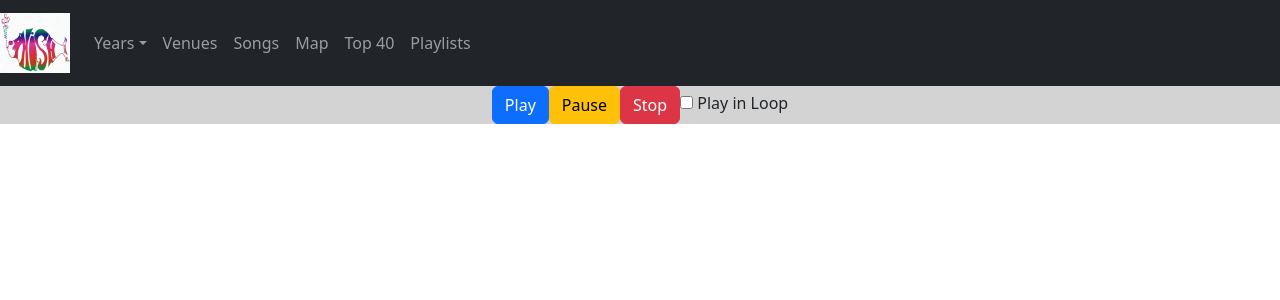
Repository: Jcparks84/gonePhishin
Page: / (app in my-app/)
An editor plug-in stored every save of this project. The page is shown before and after the next save, followed by the edit.
The browser window is 1280 px wide. The pictures show the whole page.
The page's requests for data from a server got no answer. The project was rebuilt for these pictures with package versions that can differ from the ones it lists, and the page was loaded fresh each time. No one was signed in, and anything a server would have sent is missing.

Above is the page before, as saved 2022-08-13 15:19:27.

After the next save:
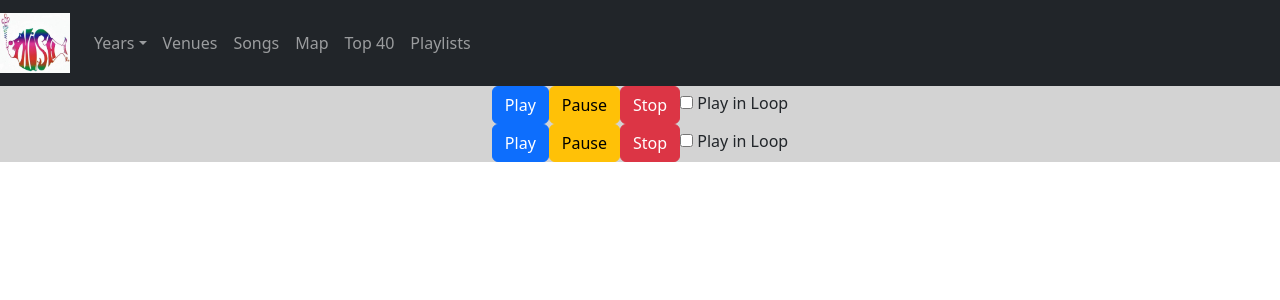
Saved 4 h 42 min later.
--- a/my-app/src/App.js
+++ b/my-app/src/App.js
@@ -13,7 +13,7 @@
       <Navbar fixed="top" />
       </div>
       <div>
-        {/* <AudioPlayer/> */}
+        <AudioPlayer/>
       </div>
       <div>
         <Requests/>

After the save that followed:
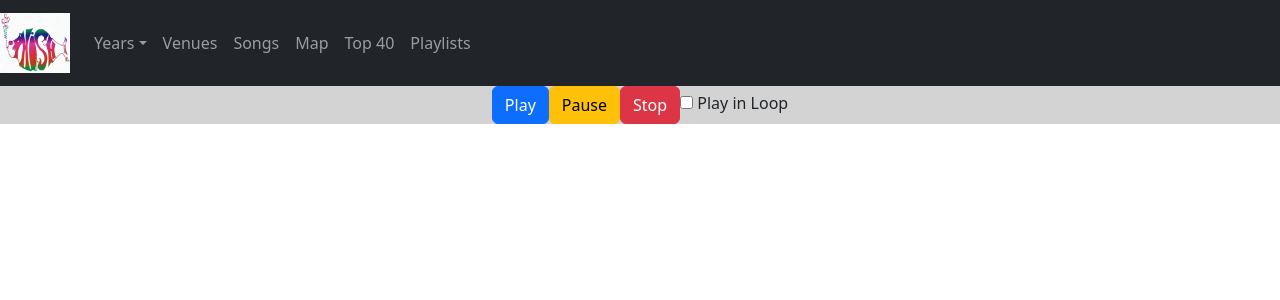
Saved 7 s later.
--- a/my-app/src/App.js
+++ b/my-app/src/App.js
@@ -16,7 +16,7 @@
         <AudioPlayer/>
       </div>
       <div>
-        <Requests/>
+        {/* <Requests/> */}
       </div>
 
     </div>
